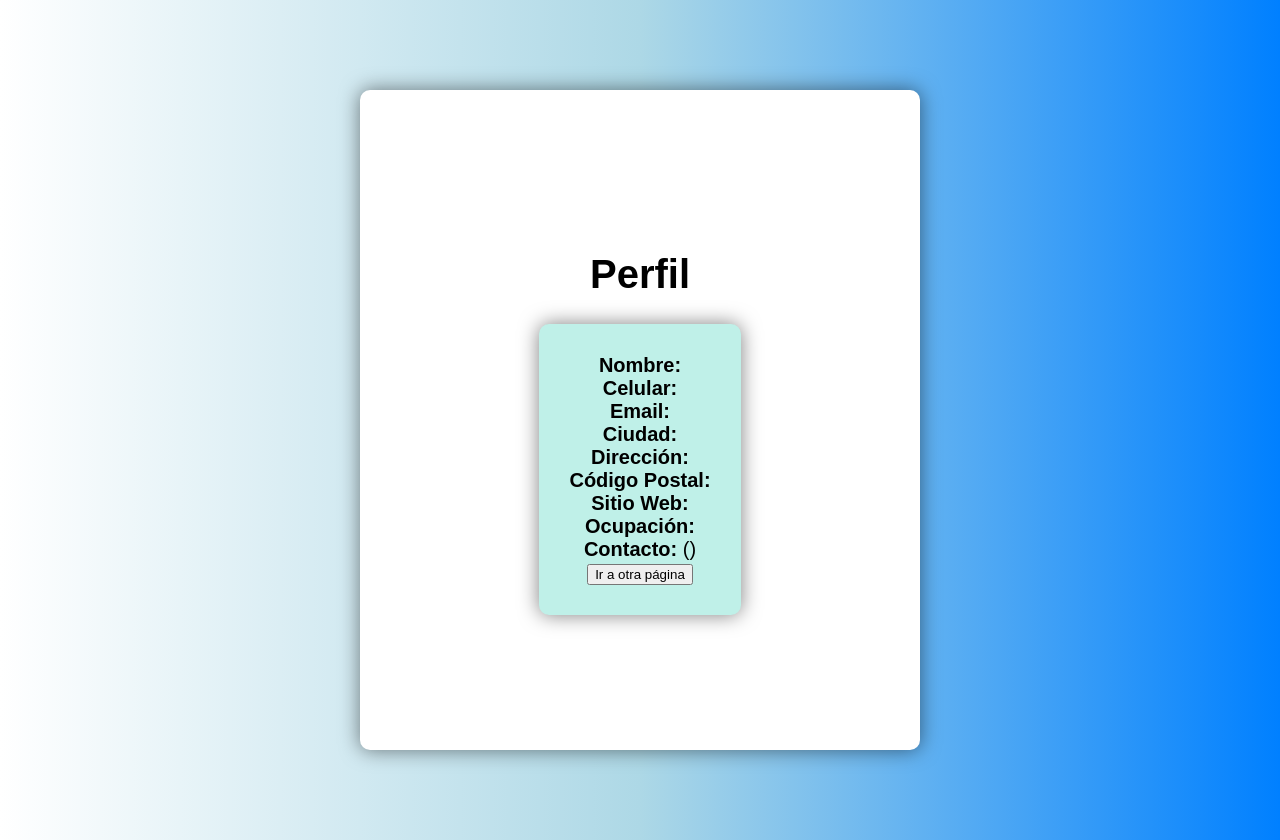
Repository: ANGELEDU141/TAREAWEBEWJASJDASJ
Page: http://localhost/JAVAWEBTAREA/WEB-INF/views/perfil.jsp
The author's editor kept a copy of each file at every save. The page is drawn from the files as they stood at one save, then again after the next save.
The browser window is 1280 px wide. The pictures show the whole page.
The page is served by Tomcat 9. Nobody is signed in. Other server files are loaded and not shown. The template is opened directly, without the code that normally fills it, so the values that code supplies are empty.

Above is the page before, as saved 2024-09-01 11:01:30.

### JAVAWEBTAREA/src/main/webapp/WEB-INF/views/perfil.jsp
<%@ page language="java" contentType="text/html; charset=UTF-8"
    pageEncoding="UTF-8"%>
<!DOCTYPE html>
<html>
<head>
<meta charset="UTF-8">
<title>COMPANY CORP</title>
<link rel="icon" href="https://static.vecteezy.com/system/resources/previews/008/214/517/non_2x/abstract-geometric-logo-or-infinity-line-logo-for-your-company-free-vector.jpg">

<style type="text/css">

   body {
        margin: 0;
        padding: 60px;
        height: 100vh;
        display: flex;
        align-items:center;
         flex-direction: column;
        justify-content: center;
        align-items: center;
        font-family: Arial, sans-serif;
		background: linear-gradient(to right, rgb(255, 255, 255), rgb(173, 216, 230), rgb(0, 128, 255));

    }
    .container {

       width:500px;
    	height:600px;

        max-width: 600px;
        display:flex;
   		flex-direction:column;
   		align-content:center;
   		justify-content: center;
   		align-items:center;
   		padding: 30px;

        background-color: white;
        box-shadow: 0px 0px 20px rgba(0, 0, 0, 0.5);
        text-align: center;
        border-radius: 10px;
        font-size: 20px;

    }
       .quest {



   		padding: 30px;
   		border:60px;
        max-width: 200px;
        background-color: rgba(191, 240, 232);
        box-shadow: 0px 0px 20px rgba(0, 0, 0, 0.5);
        text-align: center;
        border-radius: 10px;
        }


   		</style>


</head>
<body>
<div class="container">
        <h1>Perfil</h1>


      <div class="quest">

       <b>Nombre:</b> ${nombre}<br>
<b>Celular:</b> ${celular}<br>
<b>Email:</b> <a href="mailto:${email}">${email}</a><br>
<b>Ciudad:</b> ${ciudad}<br>
<b>Dirección:</b> ${direccion}<br>
<b>Código Postal:</b> ${codigo_postal}<br>
<b>Sitio Web:</b> <a href="${sitio_web}" target="_blank">${sitio_web}</a><br>
<b>Ocupación:</b> ${ocupacion}<br>
<b>Contacto:</b> ${contacto_nombre} (${contacto_puesto})<br>

         <button class="redirect-button" onclick="alert(window.location.href='${pageContext.request.contextPath}/concepto');">Ir a otra página</button>



        </div>
 </div>
</body>
</html>

After the next save:
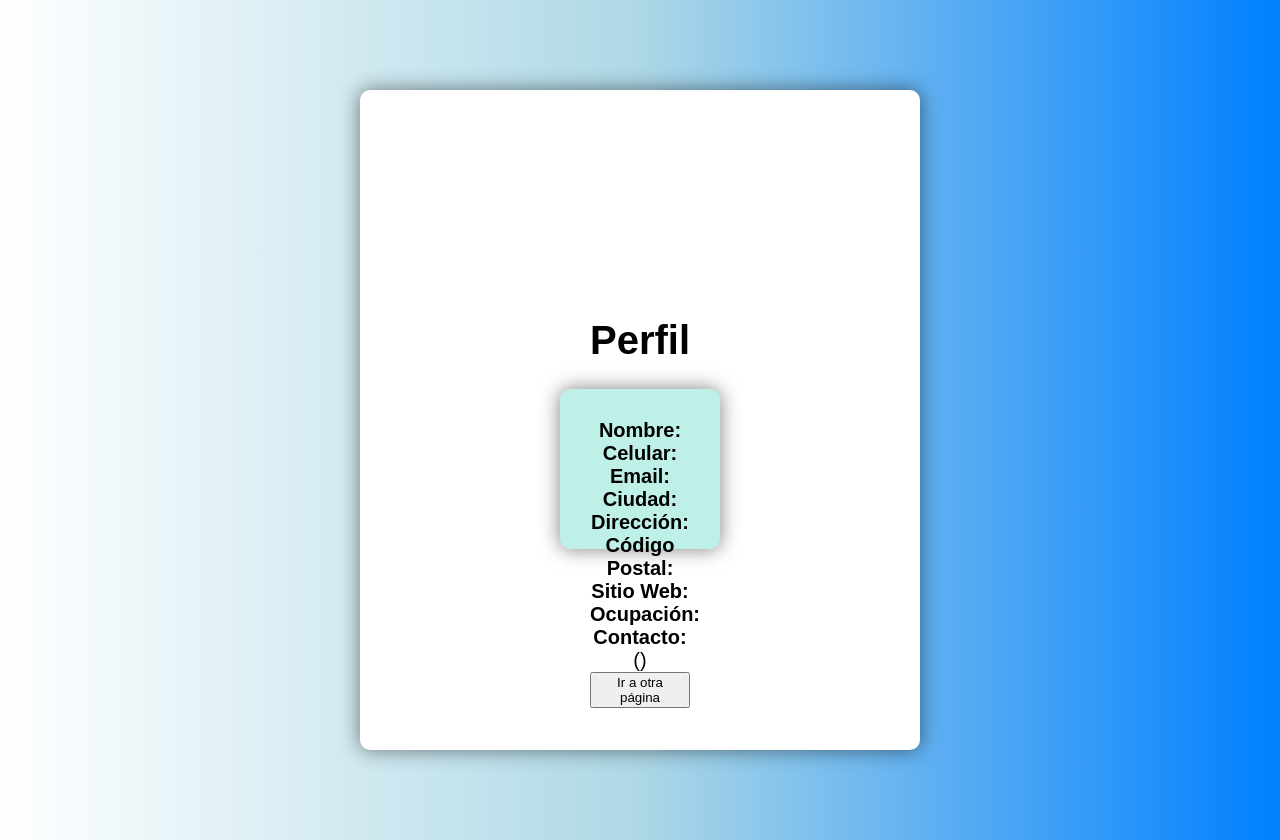
Saved 31 s later.
--- a/JAVAWEBTAREA/src/main/webapp/WEB-INF/views/perfil.jsp
+++ b/JAVAWEBTAREA/src/main/webapp/WEB-INF/views/perfil.jsp
@@ -48,7 +48,8 @@
 
    		padding: 30px;
    		border:60px;
-        max-width: 200px;
+         width:100px;
+    	height:100px;
         background-color: rgba(191, 240, 232);
         box-shadow: 0px 0px 20px rgba(0, 0, 0, 0.5);
         text-align: center;
